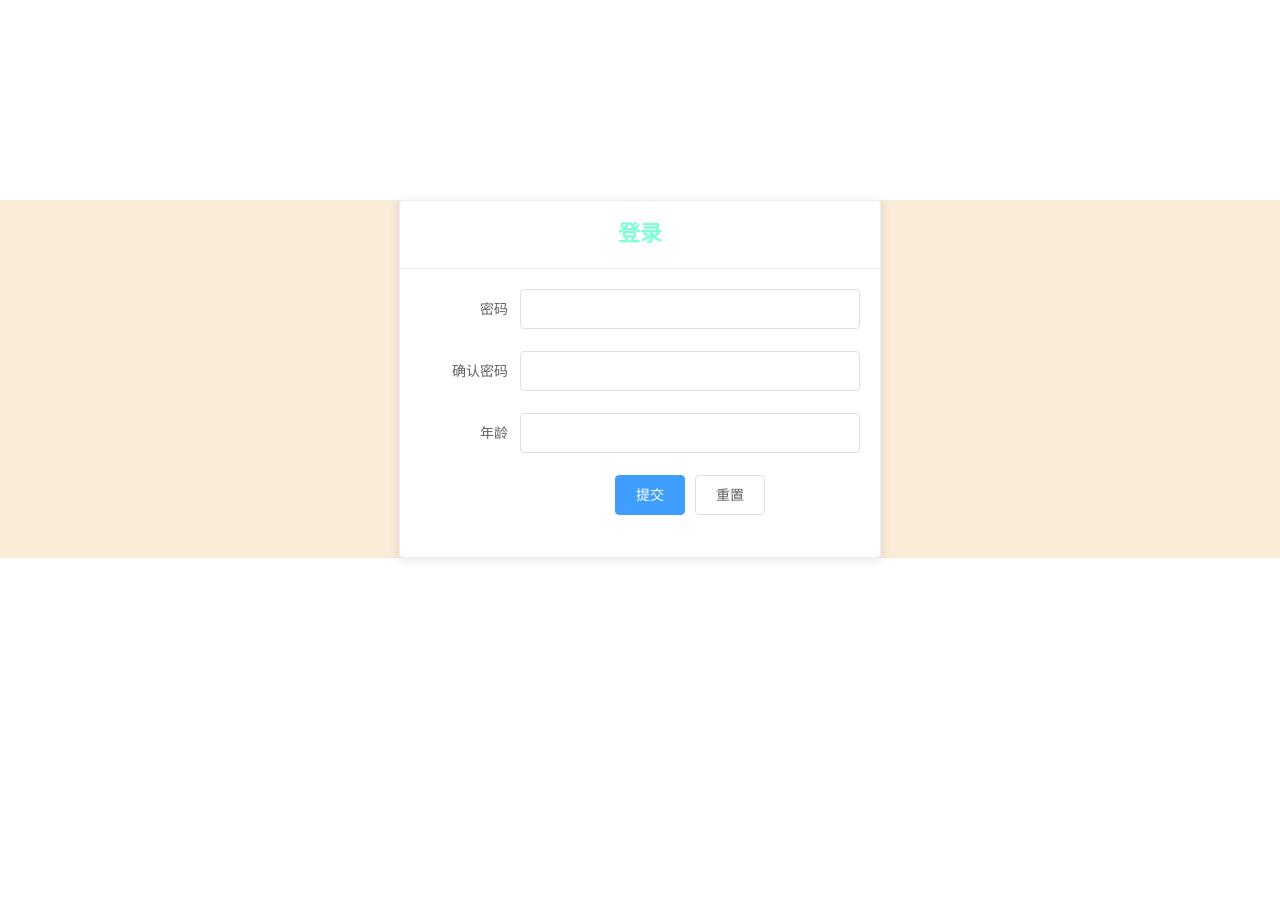
Repository: wuder-jie/Manager-System
Page: /
An editor plug-in stored every save of this project. The page is shown before and after the next save, followed by the edit.
The browser window is 1280 px wide. The pictures show the whole page.
The project was rebuilt for these pictures with package versions that can differ from the ones it lists, and the page was loaded fresh each time. Also part of the build but not shown: vue.config.js.

Above is the page before, as saved 2022-11-26 15:36:04.

After the next save:
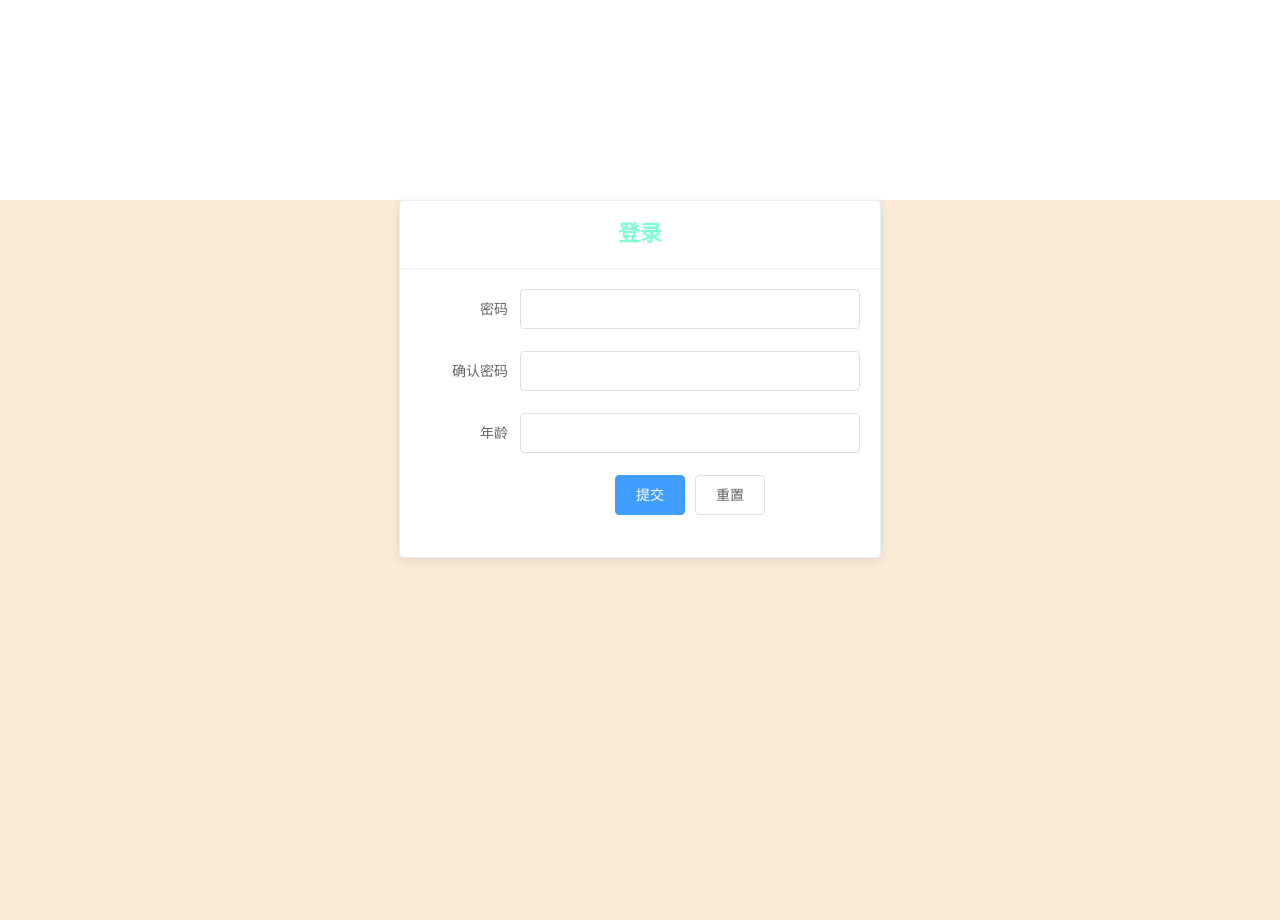
Saved 5 s later.
--- a/src/assets/css/reset.css
+++ b/src/assets/css/reset.css
@@ -9,7 +9,7 @@ body {
   line-height:1.4;
   text-align:center;
   }
-  html,body,app{
+  html,body,#app{
     width: 100%;
     height: 100%;
   }
